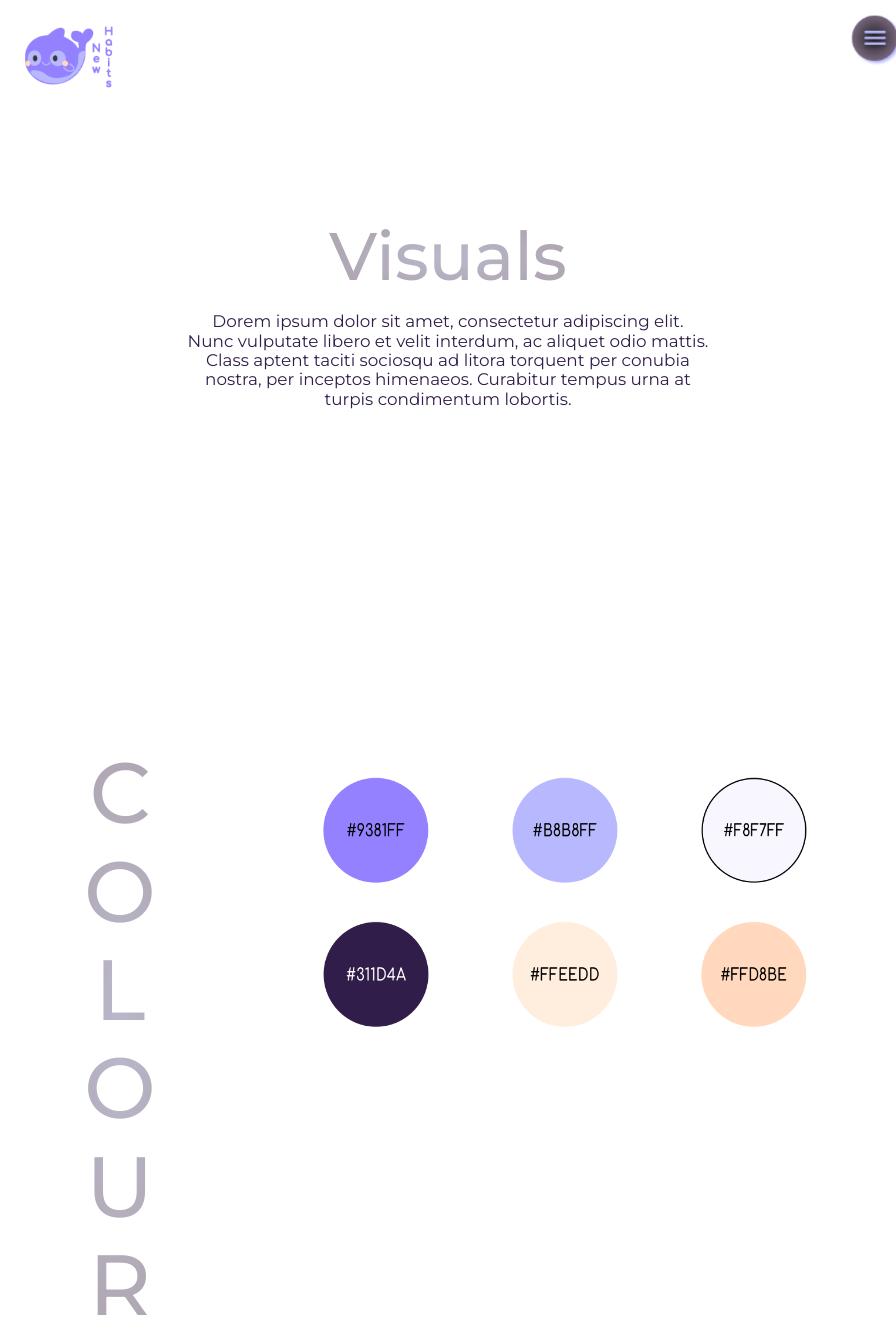
Repository: sierralaurent/Styleguide-Big_Project
Page: visuals.html
These files come from the project's save history. The page is drawn as it stood at one moment and after the next save; the edit follows.
The browser window is 1280 px wide. The pictures show the part of the page from y = 0 to 1920 px (the page is 3164 px tall before and 3469 px after), at 70% of full size.
Some web fonts or font styles are not loaded; a fallback is used.

Above is the page before, as saved 2023-03-11 10:58:05.

### visuals.html
<!DOCTYPE html>
<html lang="en">
  <head>
    <title>New Habits Web-App | Visuals </title>
    <meta property="og:title" content="Welcome to the New Habits Web-App Home Page" />
    <meta name="viewport" content="width=device-width, initial-scale=1.0" />
    <meta charset="utf-8" />
    <link rel="icon" type="image/x-icon" href="/assets/favicon.ico">

    <link
      rel="stylesheet"
      href="https://fonts.googleapis.com/css2?family=Montserrat:ital,wght@0,100;0,200;0,300;0,400;0,500;0,600;0,700;0,800;0,900;1,100;1,200;1,300;1,400;1,500;1,600;1,700;1,800;1,900&amp;display=swap"
      data-tag="font"
    />
    <link rel="stylesheet" href="./style.css" />
    <link href="./visuals.css" rel="stylesheet" />
    <link href="./navstyle.css" rel="stylesheet" />

  </head>
  <header>
    <div class="logo">
      <a href="index.html">
        <img src="assets/logo.png" alt="logo" />
      </a>
    </div>
    <div class="navigation">
      <button class="hamburger" onclick="show()">
        <img src="assets/burger.png" />
      </button>
      <nav>
        <h1 class="menutitle">Menu</h1>
        <ul>
          <li><a href="home.html">Home</a></li>
          <li><a>Logo</a></li>
          <li><a>Colours & Typo</a></li>
          <li><a href="visuals.html">Visuals</a></li>
        </ul>
      </nav>
    </div>
    <script src="nav.js"></script>
  </header>
  <body>
    <div>
      <div class="home-container">
        <div class="home-container1">
          <div class="home-container2">
            <h1 class="home-text01 Title">Visuals</h1>
            <p class="home-text02 body">
              Dorem ipsum dolor sit amet, consectetur adipiscing elit. Nunc
              vulputate libero et velit interdum, ac aliquet odio mattis. Class
              aptent taciti sociosqu ad litora torquent per conubia nostra, per
              inceptos himenaeos. Curabitur tempus urna at turpis condimentum
              lobortis.
            </p>
          </div>
        </div>
        <div class="home-container3">
          <p class="home-text03 sidetitle">
            <span>C</span>
            <br />
            <span>O</span>
            <br />
            <span>L</span>
            <br />
            <span>O</span>
            <br />
            <span>U</span>
            <br />
            <span>R</span>
            <br />
          </p>
          <div class="home-text17 body">
            <div>
              <img src="assets/colours/Main Purple.png" alt="mainpurple" width="150px" height="150px">
              <br />
              <br />
              <img src="assets/colours/Dark Purple.png" alt="darkpurple" width="150px" height="150px">
            </div>
            <div>
              <img src="assets/colours/Light Purple.png" alt="lightpurple" width="150px" height="150px">
              <br />
              <br />
              <img src="assets/colours/Light Peach.png" alt="lightpeach" width="150px" height="150px">
            </div>
            <div>
              <img src="assets/colours/Creme.png" alt="Creme" width="150px" height="150px">
              <br />
              <br />
              <img src="assets/colours/Peach.png" alt="peach" width="150px" height="150px">
            </div>
            </div>
          </div>
        </div>
        <div class="home-container3">
            <p class="home-text03 sidetitle">
              <span>I</span>
              <br />
              <span>C</span>
              <br />
              <span>O</span>
              <br />
              <span>N</span>
              <br />
              <span>S</span>
              <br />
            </p>
            <p class="home-text17 body">
              Dorem ipsum dolor sit amet, consectetur adipiscing elit. Nunc
              vulputate libero et velit interdum, ac aliquet odio mattis. Class
              aptent taciti sociosqu ad litora torquent per conubia nostra, per
              inceptos himenaeos. Curabitur tempus urna at turpis condimentum
              lobortis.
            </p>
          </div>
        <footer class="home-footer">
          <p class="home-text24">
            © 2023 New Habits, All Rights Reserved.
          </p>
        </footer>
      </div>
    </div>
  </body>
</html>

### style.css
:root {
  --dl-black: #212121ff;
  --dl-creme: #f9f9ffff;
  --dl-white: #f8f9f9ff;
  --dark-purple: #311D4A;

}

.body {
  font-size: 24px;
  font-family: Montserrat;
  font-weight: 400;
  line-height: 1.15;
  text-transform: none;
  text-decoration: none;
}
.sidetitle {
  font-size: 122px;
  font-family: Montserrat;
  font-weight: 500;
  line-height: 1.15;
  text-transform: none;
  text-decoration: none;
}
.Title {
  font-size: 96px;
  font-family: Montserrat;
  font-weight: 500;
  line-height: 1.15;
  text-transform: none;
  text-decoration: none;
}

html {
  line-height: 1.15;
}
body {
  margin: 0;
}
* {
  box-sizing: border-box;
  border-width: 0;
  border-style: solid;
}
p,
li,
ul,
pre,
div,
h1,
h2,
figure,
blockquote,
figcaption {
  margin: 0;
  padding: 0;
}

a {
  color: inherit;
  text-decoration: inherit;
}
input {
  padding: 2px 4px;
}
img {
  display: block;
}
html {
  scroll-behavior: smooth;
}

### visuals.css
/* Define the scrollbar style */
::-webkit-scrollbar {
    width: 10px;
  }

  ::-webkit-scrollbar-thumb {
    background-image: linear-gradient(180deg, var(--light-purple) 0%, var(--main-purple) 99%);
    box-shadow: inset 2px 2px 5px 0 var(--creme);
    border-radius: 100px;
  }

  html {
    font-family: Montserrat;
    font-size: 24px;
    scroll-behavior: smooth;
  }

  body {
    font-weight: 400;
    font-style: normal;
    text-decoration: none;
    text-transform: none;
    letter-spacing: normal;
    line-height: 1.15;
    color: var(--black);
    background-color: var(--creme);
  }

  .home-container {
    width: 100%;
    display: flex;
    overflow: auto;
    min-height: 100vh;
    align-items: center;
    flex-direction: column;
  }
  .home-container1 {
    flex: 0 0 auto;
    width: auto;
    height: auto;
    display: flex;
    align-items: flex-start;
    justify-content: center;
  }
  .home-container2 {
    flex: 0 0 auto;
    width: auto;
    display: flex;
    align-self: center;
    margin-top: 5rem;
    align-items: center;
    margin-bottom: 15rem;
    flex-direction: column;
    justify-content: center;
  }
  .home-text {
    font-size: 36px;
    text-align: center;
    font-family: Montserrat;
    background: linear-gradient(0deg, rgba(0, 0, 0, 0.2), rgba(0, 0, 0, 0.2)),
      radial-gradient(
        50% 50% at 50% 50%,
        rgba(147, 129, 255, 0.2) 0%,
        rgba(79, 26, 98, 0.2) 94.12%
      );
    -webkit-background-clip: text;
    -webkit-text-fill-color: transparent;
    background-clip: text;
    text-fill-color: transparent;
  }
  .home-text01 {
    margin-top: 1rem;
    text-align: center;
    margin-bottom: 1rem;
    background: linear-gradient(0deg, rgba(0, 0, 0, 0.2), rgba(0, 0, 0, 0.2)),
      radial-gradient(
        50% 50% at 50% 50%,
        rgba(147, 129, 255, 0.2) 0%,
        rgba(79, 26, 98, 0.2) 94.12%
      );
    -webkit-background-clip: text;
    -webkit-text-fill-color: transparent;
    background-clip: text;
    text-fill-color: transparent;
  }
  .home-text02 {
    width: 31rem;
    text-align: center;
    color: var(--dark-purple);
  }
  .home-container3 {
    flex: 0 0 auto;
    width: 100%;
    height: auto;
    display: flex;
    align-items: flex-start;
    justify-content: center;
  }
  .home-text03 {
    width: 25rem;
    text-align: center;
    background: linear-gradient(0deg, rgba(0, 0, 0, 0.2), rgba(0, 0, 0, 0.2)),
      radial-gradient(
        50% 50% at 50% 50%,
        rgba(147, 129, 255, 0.2) 0%,
        rgba(79, 26, 98, 0.2) 94.12%
      );
    -webkit-background-clip: text;
    -webkit-text-fill-color: transparent;
    background-clip: text;
    text-fill-color: transparent;
  }
  .home-text17 {
    width: auto;
    margin-top: 5rem;
    text-align: left;
    margin-left: 5rem;
    margin-right: 5rem;
    margin-bottom: 5rem;
    display: flex;
    flex-direction: row;
    gap: 5rem;
    row-gap: 5rem;
    color: var(--dark-purple);
  }
  .home-container4 {
    flex: 0 0 auto;
    width: auto;
    height: auto;
    display: flex;
    align-items: flex-start;
    justify-content: center;
  }

  .home-container5 {
    flex: 0 0 auto;
    display: flex;
    align-items: flex-start;
    flex-direction: column;
  }
  .home-text18 {
    width: auto;
    margin-top: 15rem;
    text-align: center;
    margin-bottom: 5rem;
    background: linear-gradient(0deg, rgba(0, 0, 0, 0.2), rgba(0, 0, 0, 0.2)),
      radial-gradient(
        50% 50% at 50% 50%,
        rgba(147, 129, 255, 0.2) 0%,
        rgba(79, 26, 98, 0.2) 94.12%
      );
    -webkit-background-clip: text;
    -webkit-text-fill-color: transparent;
    background-clip: text;
    text-fill-color: transparent;
  }
  .home-container6 {
    flex: 0 0 auto;
    width: auto;
    height: auto;
    display: flex;
    align-items: flex-start;
    margin-bottom: 15rem;
    justify-content: center;
  }
  .home-olivia {
    flex: 0 0 auto;
    display: flex;
    align-items: center;
    flex-direction: column;
  }
  .home-olivia-text {
    width: 25rem;
    font-size: 96px;
    text-align: center;
    font-family: Montserrat;
    font-weight: 500;
    line-height: 1.15;
    margin-bottom: 2rem;
    text-transform: none;
    text-decoration: none;
    background: linear-gradient(0deg, rgba(0, 0, 0, 0.2), rgba(0, 0, 0, 0.2)),
      radial-gradient(
        50% 50% at 50% 50%,
        rgba(147, 129, 255, 0.2) 0%,
        rgba(79, 26, 98, 0.2) 94.12%
      );
    -webkit-background-clip: text;
    -webkit-text-fill-color: transparent;
    background-clip: text;
    text-fill-color: transparent;
  }
  .home-text19 {
    width: 15rem;
    align-self: center;
    text-align: center;
    color: var(--dark-purple);
  }
  .home-elijah {
    flex: 0 0 auto;
    display: flex;
    align-items: center;
    flex-direction: column;
  }
  .home-elijah-text {
    width: 25rem;
    font-size: 96px;
    text-align: center;
    font-family: Montserrat;
    font-weight: 500;
    line-height: 1.15;
    margin-bottom: 2rem;
    text-transform: none;
    text-decoration: none;
    background: linear-gradient(0deg, rgba(0, 0, 0, 0.2), rgba(0, 0, 0, 0.2)),
      radial-gradient(
        50% 50% at 50% 50%,
        rgba(147, 129, 255, 0.2) 0%,
        rgba(79, 26, 98, 0.2) 94.12%
      );
    -webkit-background-clip: text;
    -webkit-text-fill-color: transparent;
    background-clip: text;
    text-fill-color: transparent;
  }
  .home-text20 {
    width: 15rem;
    align-self: center;
    text-align: center;
    color: var(--dark-purple);
  }
  .home-sierra {
    flex: 0 0 auto;
    display: flex;
    align-items: center;
    flex-direction: column;
  }
  .home-sierra-text {
    width: 25rem;
    font-size: 96px;
    text-align: center;
    font-family: Montserrat;
    font-weight: 500;
    line-height: 1.15;
    margin-bottom: 2rem;
    text-transform: none;
    text-decoration: none;
    background: linear-gradient(0deg, rgba(0, 0, 0, 0.2), rgba(0, 0, 0, 0.2)),
      radial-gradient(
        50% 50% at 50% 50%,
        rgba(147, 129, 255, 0.2) 0%,
        rgba(79, 26, 98, 0.2) 94.12%
      );
    -webkit-background-clip: text;
    -webkit-text-fill-color: transparent;
    background-clip: text;
    text-fill-color: transparent;
  }
  .home-text21 {
    width: 15rem;
    align-self: center;
    text-align: center;
    color: var(--dark-purple);
  }
  .home-text23 {
    width: 15rem;
    align-self: center;
    text-align: center;
  }
  .home-footer {
    width: 100%;
    height: 197px;
    display: flex;
    max-width: auto;
    align-self: center;
    align-items: center;
    padding-top: 32px;
    padding-left: 48px;
    padding-right: 48px;
    padding-bottom: 32px;
    justify-content: center;
  }
  .home-text24 {
    text-align: center;
    color: var(--dark-purple);

  }
  @media (max-width: 1600px) {
    .home-container1 {
      width: 100%;
    }
    .home-container2 {
      align-items: center;
      justify-content: center;
    }
    .home-text01 {
      margin-top: 1rem;
      margin-bottom: 1rem;
    }
    .home-container3 {
      width: 100%;
    }
    .home-text03 {
      width: auto;
      margin: 3rem;
      padding: 2rem;
    }
    .home-text17 {
      width: 40rem;
      margin-top: 7rem;
      text-align: left;
      margin-right: 5rem;
    }
    .home-container4 {
      width: auto;
      justify-content: center;
    }
    .home-container5 {
      width: auto;
      height: auto;
      align-items: center;
      justify-content: center;
    }
    .home-text18 {
      width: auto;
      height: auto;
      margin-top: 5rem;
      text-align: center;
      margin-bottom: 5rem;
    }
    .home-container6 {
      width: 100%;
      margin-bottom: 15rem;
    }
    .home-olivia {
      width: 20rem;
      height: auto;
      align-items: center;
      justify-content: center;
    }
    .home-olivia-text {
      width: auto;
      font-size: 46px;
      font-family: Montserrat;
      font-weight: 500;
      line-height: 1.15;
      margin-bottom: 2rem;
      text-transform: none;
      text-decoration: none;
    }
    .home-text19 {
      width: 15rem;
      text-transform: none;
    }
    .home-elijah {
      width: 20rem;
      height: auto;
      align-items: center;
      justify-content: center;
    }
    .home-elijah-text {
      width: auto;
      font-size: 46px;
      font-family: Montserrat;
      font-weight: 500;
      line-height: 1.15;
      margin-bottom: 2rem;
      text-transform: none;
      text-decoration: none;
    }
    .home-text20 {
      width: 15rem;
      text-transform: none;
    }
    .home-sierra {
      width: 20rem;
      height: auto;
      align-items: center;
      justify-content: center;
    }
    .home-sierra-text {
      width: auto;
      font-size: 46px;
      font-family: Montserrat;
      font-weight: 500;
      line-height: 1.15;
      margin-bottom: 2rem;
      text-transform: none;
      text-decoration: none;
    }
    .home-text21 {
      margin-bottom: 2rem;
    }
    .home-text23 {
      width: 15rem;
      text-transform: none;
      color: var(--dark-purple);
    }
  }
  @media (max-width: 1200px) {
    .home-text01 {
      margin-top: 1rem;
      margin-bottom: 1rem;
    }
    .home-container6 {
      align-items: center;
    }
    .home-olivia {
      width: 15rem;
      margin-left: 1rem;
      margin-right: 1rem;
    }
    .home-olivia-text {
      width: auto;
    }
    .home-text19 {
      width: 12rem;
    }
    .home-elijah {
      width: 15rem;
      margin-left: 1rem;
      margin-right: 1rem;
    }
    .home-elijah-text {
      width: auto;
    }
    .home-text20 {
      width: 12rem;
    }
    .home-sierra {
      width: 15rem;
      margin-left: 1rem;
    }
    .home-sierra-text {
      width: auto;
    }
    .home-text23 {
      width: 12rem;
    }
  }
  @media (max-width: 991px) {
    .home-container2 {
      width: 100%;
      height: 307px;
    }
    .home-text01 {
      margin-top: 1rem;
      margin-bottom: 1rem;
    }
    .home-container6 {
      align-items: center;
      flex-direction: column;
    }
    .home-olivia {
      width: 20rem;
      margin-bottom: 3rem;
    }
    .home-olivia-text {
      width: auto;
    }
    .home-text19 {
      width: auto;
    }
    .home-elijah {
      width: 20rem;
      margin-bottom: 3rem;
    }
    .home-elijah-text {
      width: auto;
    }
    .home-text20 {
      width: auto;
    }
    .home-sierra {
      width: 20rem;
    }
    .home-sierra-text {
      width: auto;
    }
    .home-text23 {
      width: 100%;
    }
  }
  @media (max-width: 767px) {
    .home-text01 {
      margin-top: 1rem;
      margin-bottom: 1rem;
    }
    .home-footer {
      padding-left: 32px;
      padding-right: 32px;
    }
    .home-text24 {
      text-align: center;
      margin-left: 16px;
      margin-right: 16px;
    }
  }
  @media (max-width: 479px) {
    .home-text01 {
      margin-top: 1rem;
      margin-bottom: 1rem;
    }
    .home-text02 {
      width: 479px;
    }
    .home-text03 {
      margin-top: 0rem;
      margin-left: 3rem;
      margin-right: 0rem;
      margin-bottom: 0rem;
    }
    .home-footer {
      padding: 16px;
      flex-direction: column;
    }
    .home-text24 {
      margin-left: 0px;
      margin-right: 0px;
      margin-bottom: 16px;
    }
  }

### navstyle.css
@import url("https://fonts.cdnfonts.com/css/montserrat");

* {
  margin: 0;
  padding: 0;
  font-family: "Montserrat", sans-serif;
}

a,
button {
  cursor: pointer;
}

nav {
  position: absolute;
  top: 30px;
  right: 30px;
  width: 250px;
}

.navigation {
  position: fixed;
  top: 0;
  right: -500px;
  width: 312px;
  height: 100%;
  background-image: url("assets/background.png");
  background-size: cover;
  transition: 0.5s;
  border-radius: 27px 0 0 27px;
}

.logo {
    margin: 1.5rem;
}

.menutitle {
  font-family: "Montserrat", sans-serif;
  font-style: normal;
  font-weight: 400;
  font-size: 24px;
  display: flex;
  align-items: left;
  color: rgba(255, 255, 255, 0.32);
  margin: 1rem;
}

.navigation ul li {
  display: flex;
  color: rgba(255, 255, 255, 0.5);
  line-height: 20px;
  text-align: left;
  font-weight: 500;
  list-style-type: none;
  font-size: 14px;
  padding: 20px 30px;
  border-bottom: 0px 64px 64px -32px rgba(41, 15, 0, 0.56);
  transition: all 0.3s ease;
}

.navigation ul li:hover {
  padding: 16px 20px;
  background-image: url("assets/hover.png");
  background-size: cover;
  border-radius: 12px;
}

.hamburger,
.bar {
  position: fixed;
}

.hamburger {
  display: block;
  top: 5%;
  left: 95%;
  width: 30px;
  height: 30px;
  transform: translateY(-50%);
  border: 0;
  background: 0 0;
}

.hamburger.hidden {
  display: none; /* Hide the menu button */
}

.navigation.active {
  right: 0;
  z-index: 1;
}

### nav.js
const hamburger = document.querySelector('.hamburger');
const navigation = document.querySelector('.navigation');

document.addEventListener('click', function(event) {
  const isClickInside = navigation.contains(event.target) || hamburger.contains(event.target);
  if (!isClickInside) {
    navigation.classList.remove('active');
    hamburger.classList.remove('hidden');
  }
});

hamburger.addEventListener('click', function() {
  navigation.classList.add('active');
  hamburger.classList.add('hidden');
});

After the next save:
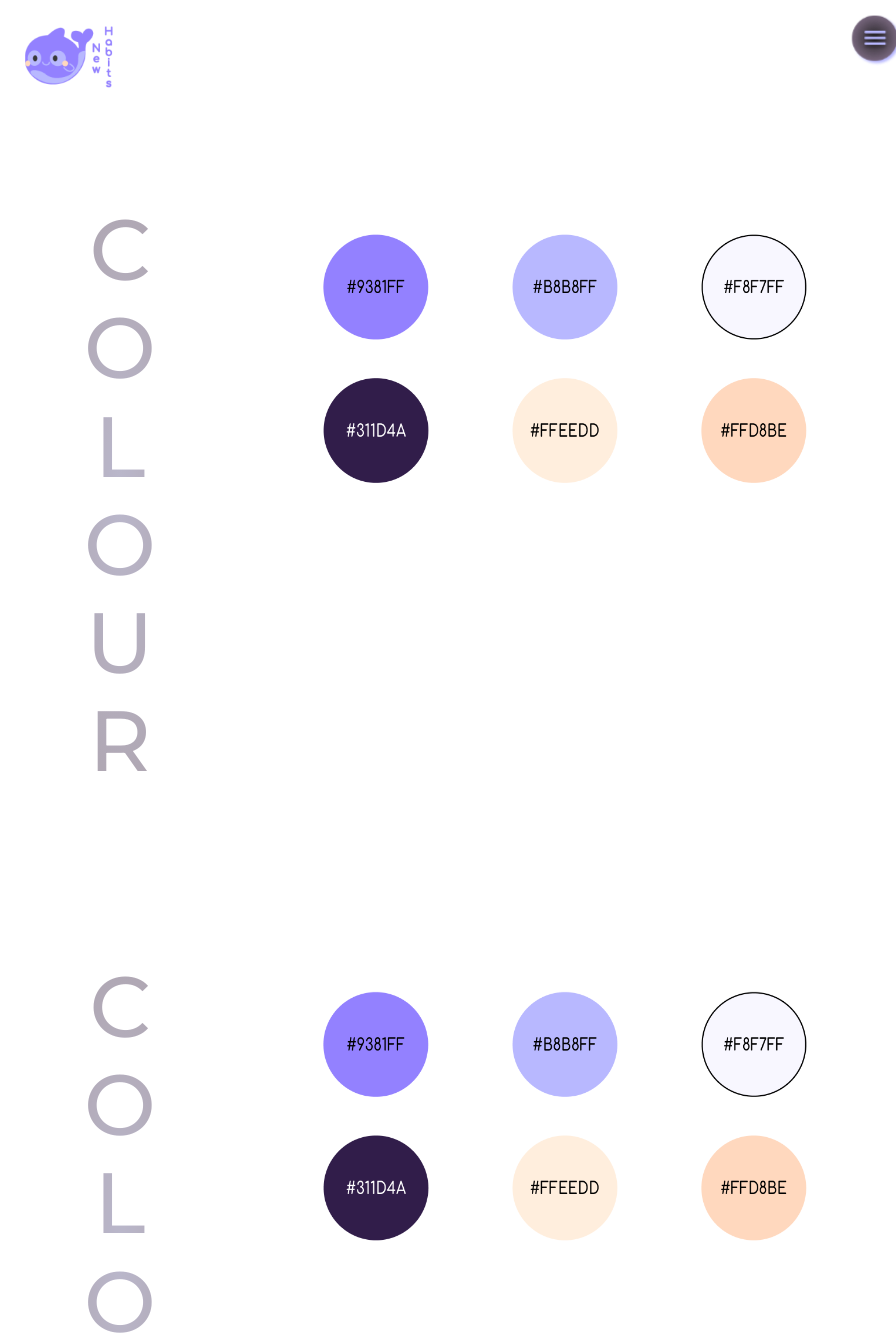
Saved 2 min 46 s later.
--- a/visuals.html
+++ b/visuals.html
@@ -42,18 +42,42 @@
   <body>
     <div>
       <div class="home-container">
-        <div class="home-container1">
-          <div class="home-container2">
-            <h1 class="home-text01 Title">Visuals</h1>
-            <p class="home-text02 body">
-              Dorem ipsum dolor sit amet, consectetur adipiscing elit. Nunc
-              vulputate libero et velit interdum, ac aliquet odio mattis. Class
-              aptent taciti sociosqu ad litora torquent per conubia nostra, per
-              inceptos himenaeos. Curabitur tempus urna at turpis condimentum
-              lobortis.
-            </p>
+        <div class="home-container3">
+          <p class="home-text03 sidetitle">
+            <span>C</span>
+            <br />
+            <span>O</span>
+            <br />
+            <span>L</span>
+            <br />
+            <span>O</span>
+            <br />
+            <span>U</span>
+            <br />
+            <span>R</span>
+            <br />
+          </p>
+          <div class="home-text17 body">
+            <div>
+              <img src="assets/colours/Main Purple.png" alt="mainpurple" width="150px" height="150px">
+              <br />
+              <br />
+              <img src="assets/colours/Dark Purple.png" alt="darkpurple" width="150px" height="150px">
+            </div>
+            <div>
+              <img src="assets/colours/Light Purple.png" alt="lightpurple" width="150px" height="150px">
+              <br />
+              <br />
+              <img src="assets/colours/Light Peach.png" alt="lightpeach" width="150px" height="150px">
+            </div>
+            <div>
+              <img src="assets/colours/Creme.png" alt="Creme" width="150px" height="150px">
+              <br />
+              <br />
+              <img src="assets/colours/Peach.png" alt="peach" width="150px" height="150px">
+            </div>
+            </div>
           </div>
-        </div>
         <div class="home-container3">
           <p class="home-text03 sidetitle">
             <span>C</span>
